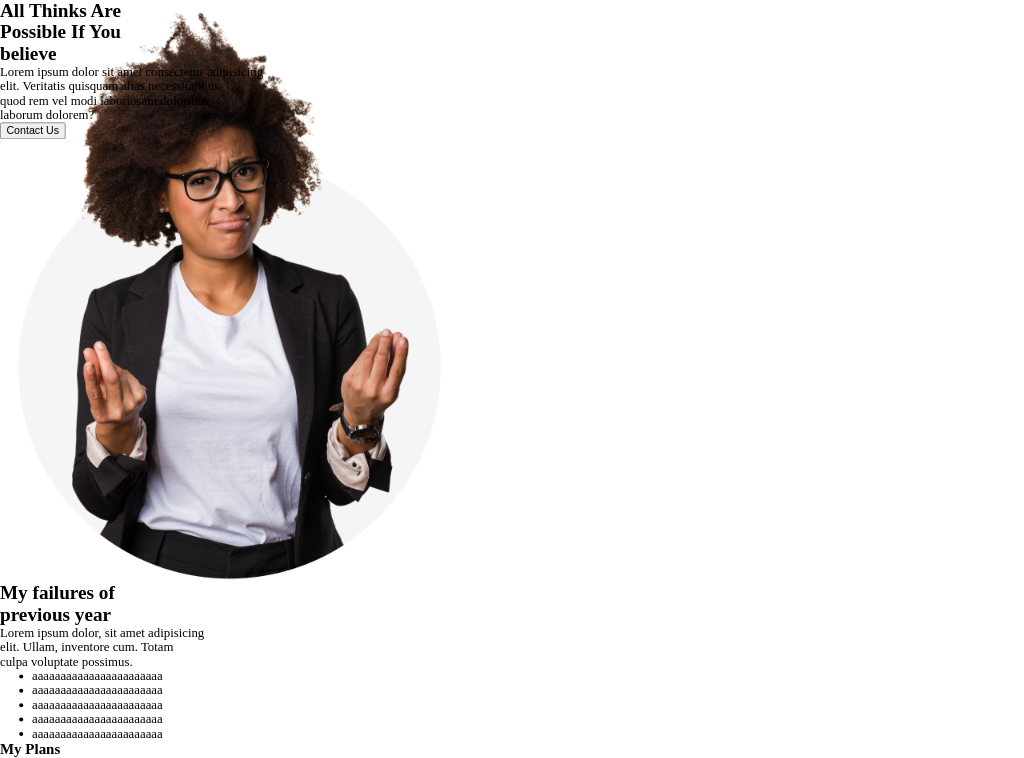
Repository: sadiaafsana138/All-Thinks-Are-Possible-Website
Page: index.html
An editor plug-in stored every save of this project. The page is shown before and after the next save, followed by the edit.
The browser window is 1280 px wide. The pictures show the whole page, at 80% of full size.
Backgrounds fixed to the window are drawn as part of the page.

Above is the page before, as saved 2023-01-07 18:17:56.
Not found: styles/images/banner/banner1.png

After the next save:
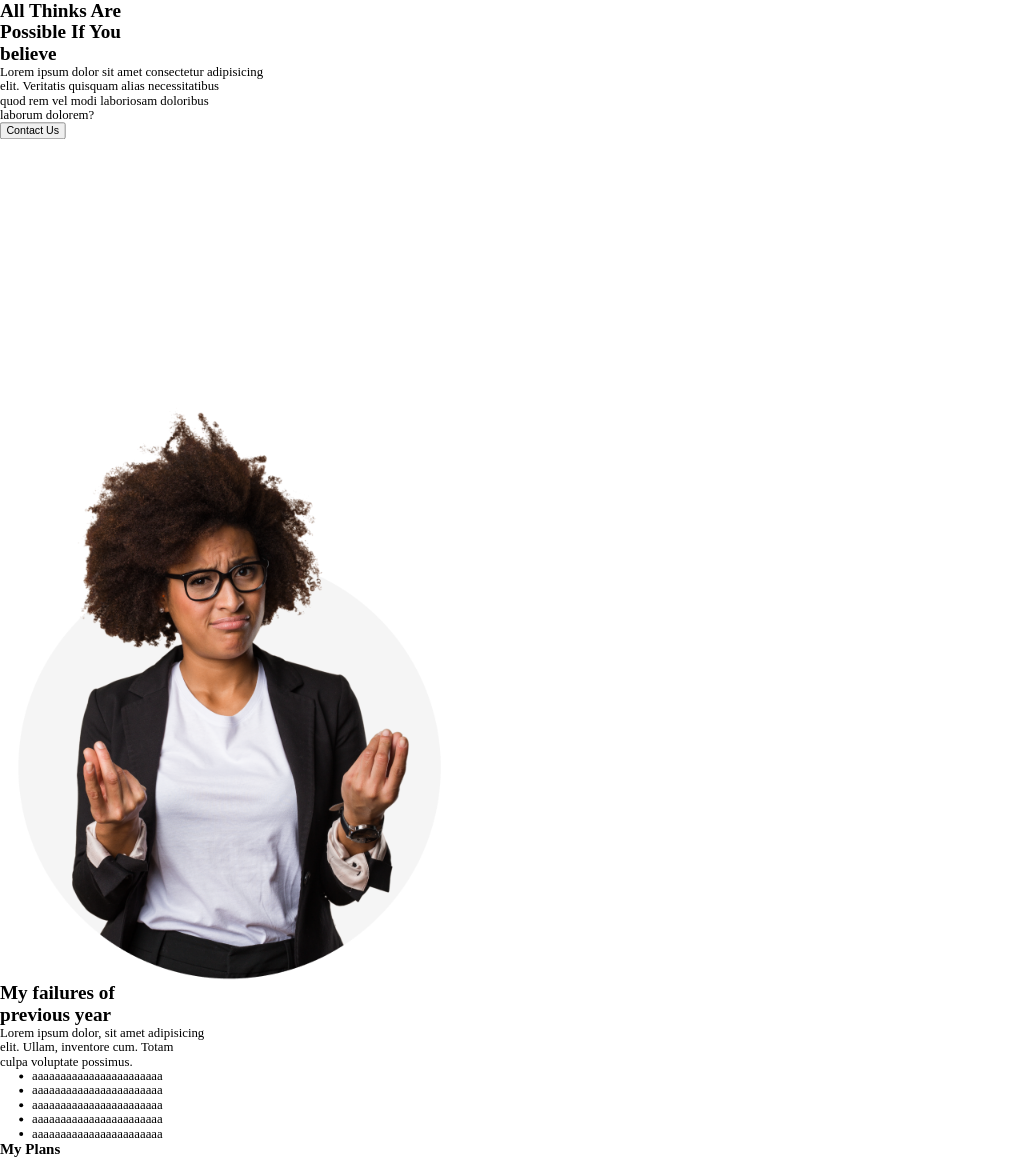
Saved 65 s later.
--- a/styles/web.css
+++ b/styles/web.css
@@ -2,10 +2,9 @@
 margin: 0;
 }
 .header{
-
-    position: absolute;
-width: cover;
-height: 808px;
-
+    height: 500px;
     background-image:url(images/banner/banner1.png);
+    background-repeat: no-repeat;
+     background-size: cover;
+   background-attachment: fixed;
 }
